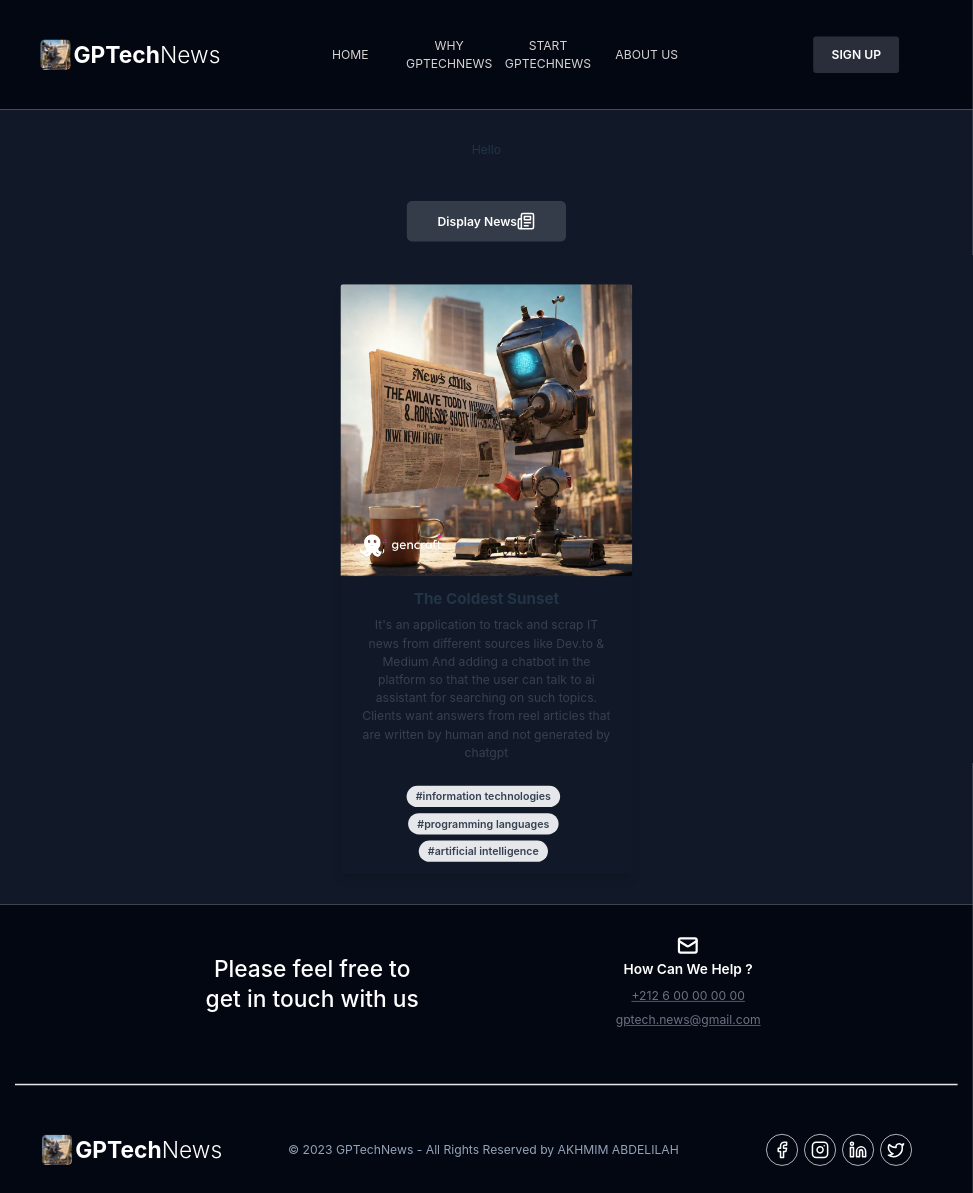
Repository: Lablab-me-Hackathon/gptech-news-frontend
Page: /
These files come from the project's save history. The page is drawn as it stood at one moment and after the next save; the edit follows.
The browser window is 1280 px wide. The pictures show the whole page, at 76% of full size.
The project was rebuilt for these pictures with package versions that can differ from the ones it lists, and the page was loaded fresh each time. Also part of the build but not shown: vite.config.js.

Above is the page before, as saved 2023-08-05 17:34:55.

### index.html
<!doctype html>
<html lang="en">
  <head>
    <meta charset="UTF-8" />
    <link rel="icon" type="image/svg+xml" href="/logo.png" />
    <meta name="viewport" content="width=device-width, initial-scale=1.0" />
    <title>GPTech News</title>
  </head>
  <body>
    <div id="root"></div>
    <script type="module" src="/src/main.jsx"></script>
  </body>
</html>

### src/App.jsx
import './styles/App.css'
import Header from './components/Header'
import Main from './components/Main';
import Footer from './components/Footer';

function App() {

  return (
    <div className='w-full h-full flex-box flex-col'>
     <Header />
      <Main />
      <Footer />
    </div>
  )
}

export default App

### src/styles/index.css
@tailwind base;
@tailwind components;
@tailwind utilities;

* {
  padding: 0;
  margin: 0;
}

@layer components {
  .menu-item {
    @apply p-2 text-stone-300 text-base font-normal cursor-pointer flex-1 border-black rounded hover:text-blue-950 uppercase;
  }
  .flex-box {
    @apply flex items-center justify-center;
  }
}

:root {
  font-family: Inter, system-ui, Avenir, Helvetica, Arial, sans-serif;
  line-height: 1.5;
  font-weight: 400;

  color-scheme: light dark;
  color: rgba(255, 255, 255, 0.87);
  background-color: #242424;

  text-rendering: optimizeLegibility;
  -webkit-font-smoothing: antialiased;
  -moz-osx-font-smoothing: grayscale;
}

a {
  font-weight: 500;
  color: #646cff;
  text-decoration: inherit;
}
a:hover {
  color: #535bf2;
}

body {
  min-width: 320px;
  min-height: 100vh;
}

h1 {
  font-size: 3.2em;
  line-height: 1.1;
}

button {
  border-radius: 8px;
  border: 1px solid transparent;
  padding: 0.6em 1.2em;
  font-size: 1em;
  font-weight: 500;
  font-family: inherit;
  background-color: #1a1a1a;
  cursor: pointer;
  transition: border-color 0.25s;
}
button:hover {
  border-color: #646cff;
}
button:focus,
button:focus-visible {
  outline: 4px auto -webkit-focus-ring-color;
}

@media (prefers-color-scheme: light) {
  :root {
    color: #213547;
    background-color: #ffffff;
  }
  a:hover {
    color: #747bff;
  }
  button {
    background-color: #f9f9f9;
  }
}

### src/styles/App.css
#root {
  /* margin: 0 auto; */
  text-align: center;
}

.logo {
  height: 6em;
  padding: 1.5em;
  will-change: filter;
  transition: filter 300ms;
}
.logo:hover {
  filter: drop-shadow(0 0 2em #646cffaa);
}
.logo.react:hover {
  filter: drop-shadow(0 0 2em #61dafbaa);
}

@keyframes logo-spin {
  from {
    transform: rotate(0deg);
  }
  to {
    transform: rotate(360deg);
  }
}

@media (prefers-reduced-motion: no-preference) {
  a:nth-of-type(2) .logo {
    animation: logo-spin infinite 20s linear;
  }
}

.card {
  padding: 2em;
}

.read-the-docs {
  color: #888;
}

### src/components/Header.jsx
import MenuItems from "../services/header/MenuItems";
import Logo from "../services/header/Logo";
import SignUp from "../services/header/SignUp";

// import "../styles/Header.css";

function Header() {
  return (
    <div className="header flex-box px-2 justify-around flex-col md:flex-row w-full h-full py-5 bg-gray-950 text-center">
      <Logo />
      <MenuItems />
      <SignUp />
    </div>
  );
}

export default Header;

### src/components/Main.jsx
import Button from "../services/main/Button";
import Hello from "../services/main/Hello";
import Cards from './../services/main/Cards';

function Main() {


  return (
    <div className="text-center w-full py-10 flex-box flex-col scroll-smooth bg-gray-900">

      <div className="w-full flex-box">

          <div className="flex-box flex-col">
            <Hello />
          </div>

      </div>
      <div className="w-full flex-box">

          <div className="flex-box flex-col">
            <Button />
          </div>

      </div><div className="w-full flex-box">

        <div className="flex-box flex-col">
          <Cards />
        </div>

    </div>
    </div>
  );
}

export default Main;

### src/components/Footer.jsx

import TopFooter from './../services/footer/TopFooter';
import BotFooter from "../services/footer/BotFooter";

function Footer() {
  return (
    <div className="w-full h-full px-5 py-5 flex-box flex-col bg-gray-950 scroll-smooth text-center">
      <TopFooter />
      <div className="w-full h-px border border-neutral-200"></div>
      <BotFooter />
    </div>
  );
}

export default Footer;

### src/services/header/MenuItems.jsx
function MenuItems() {
  return (
    <div className="flex items-center justify-between py-5 ">
      <div className="menu-item">Home</div>
      <div className="menu-item">Why GPTechNews</div>
      <div className="menu-item">Start GPTechNews</div>
      <div className="menu-item">About us</div>
    </div>
  );
}

export default MenuItems;

### src/services/header/Logo.jsx

function Logo() {
  return (
    <div className="w-48 h-10 flex-box">
      <img className="w-10 h-10 mx-1 rounded-md" src="logo.png" alt='logo' />
      <div className="">
        <span className="text-white text-3xl font-bold">GPTech</span>
        <span className="text-white text-3xl font-light">News</span>
      </div>
    </div>
  )
}

export default Logo

### src/services/header/SignUp.jsx
function SignUp() {
  return (
    <div className="w-40 h-12 justify-center items-center inline-flex cursor-pointer uppercase">
      <div className="px-6 py-3.5 bg-gray-400 bg-opacity-25 rounded justify-start items-start gap-2.5 inline-flex">
        <div className="text-center text-white text-base font-semibold leading-tight">
          Sign up
        </div>
      </div>
    </div>
  );
}

export default SignUp;

### src/services/main/Button.jsx
// import { PropTypes } from "prop-types";

import { Newspaper } from "lucide-react";

const News = () => {
  // let { response } = props;
  const displayNews = async (e) => {
    e.preventDefault();
  };
  return (
    <div className="w-full flex-col md:flex-row py-10 flex-box justify-evenly">

      <button
        type="submit"
        className="px-10 py-3.5 my-4 bg-gray-400 bg-opacity-25  text-center text-white text-base font-semibold leading-tight mx-2 rounded-lg flex-box"
        onClick={displayNews}
      >
        Display News
        <Newspaper />
      </button>

    </div>
  );
}

News.propTypes = {
  // response: PropTypes.string.isRequired,
};
export default News;

### src/services/main/Hello.jsx

function Hello() {
  return (
    <div>Hello</div>
  )
}

export default Hello

### src/services/main/Cards.jsx
function Cards() {
  return (
    <div>
      <div className="max-w-sm rounded overflow-hidden shadow-lg">
        <img
          className="w-full"
          src="ainews.jpg"
          alt="Sunset in the mountains"
        />
        <div className="px-6 py-4">
          <div className="font-bold text-xl mb-2">The Coldest Sunset</div>
          <p className="text-gray-700 text-base">
            It's an application to track and scrap IT news from different
            sources like Dev.to & Medium And adding a chatbot in the platform so
            that the user can talk to ai assistant for searching on such topics.
            Clients want answers from reel articles that are written by human and not generated by chatgpt
          </p>
        </div>
        <div className="px-6 pt-4 pb-2">
          <span className="inline-block bg-gray-200 rounded-full px-3 py-1 text-sm font-semibold text-gray-700 mr-2 mb-2">
            #information technologies
          </span>
          <span className="inline-block bg-gray-200 rounded-full px-3 py-1 text-sm font-semibold text-gray-700 mr-2 mb-2">
            #programming languages
          </span>
          <span className="inline-block bg-gray-200 rounded-full px-3 py-1 text-sm font-semibold text-gray-700 mr-2 mb-2">
            #artificial intelligence
          </span>
        </div>
      </div>
    </div>
  );
}

export default Cards;

### src/services/footer/TopFooter.jsx
import { Mail} from "lucide-react";

function TopFooter() {
  return (
    <div className="top-footer w-full flex-box justify-evenly flex-col md:flex-row pb-12">
      <div className="text-white text-3xl font-medium leading-10 py-5">
        Please feel free to
        <br />
        get in touch with us
      </div>

      <div className="py-5 flex-box flex-col">
        <Mail size={28} strokeWidth={2.5} color="white" />
        <div className="py-1 text-white text-lg font-semibold leading-norma">
          How Can We Help ?
        </div>
        <div className="py-1 w-52 text-gray-500 text-base font-normal underline leading-normal">
          +212 6 00 00 00 00
        </div>

        <div className="py-1 w-52 text-gray-500 text-base font-normal underline leading-normal">
        gptech.news@gmail.com
        </div>
      </div>
    </div>
  );
}

export default TopFooter;

### src/services/footer/BotFooter.jsx
import Logo from "./../header/Logo";
import Copyright from "./Copyright";
import Social from "./Social";

function BotFooter() {
  return (
    <div className="bottom-footer w-full pt-12 flex-box justify-around flex-col md:flex-row flex-end">
      <Logo />
      <Copyright />
      <Social />
    </div>
  );
}

export default BotFooter;

### src/services/footer/Copyright.jsx
function Copyright() {
  return (
    <div className="py-5 text-slate-400 text-base font-normal">
      © 2023 GPTechNews - All Rights Reserved by AKHMIM ABDELILAH
    </div>
  );
}

export default Copyright;

### src/services/footer/Social.jsx
import { Facebook, Instagram, Linkedin, Twitter } from "lucide-react";

function Social() {
  return (
    <div className="py-3">
      <div className="flex-box text-white">
        <div className="border cursor-pointer p-2 m-1 rounded-full ">
          <Facebook size={24} strokeWidth={2} />
        </div>
        <div className="border cursor-pointer p-2 m-1 rounded-full">
          <Instagram size={24} strokeWidth={2} />
        </div>
        <div className="border cursor-pointer p-2 m-1 rounded-full">
          <Linkedin size={24} strokeWidth={2} />
        </div>
        <div className="border cursor-pointer p-2 m-1 rounded-full">
          <Twitter size={24} strokeWidth={2} />
        </div>
      </div>
    </div>
  );
}

export default Social;

Loaded but not shown: src/main.jsx (common file); tailwind.config.js (common file)

After the next save:
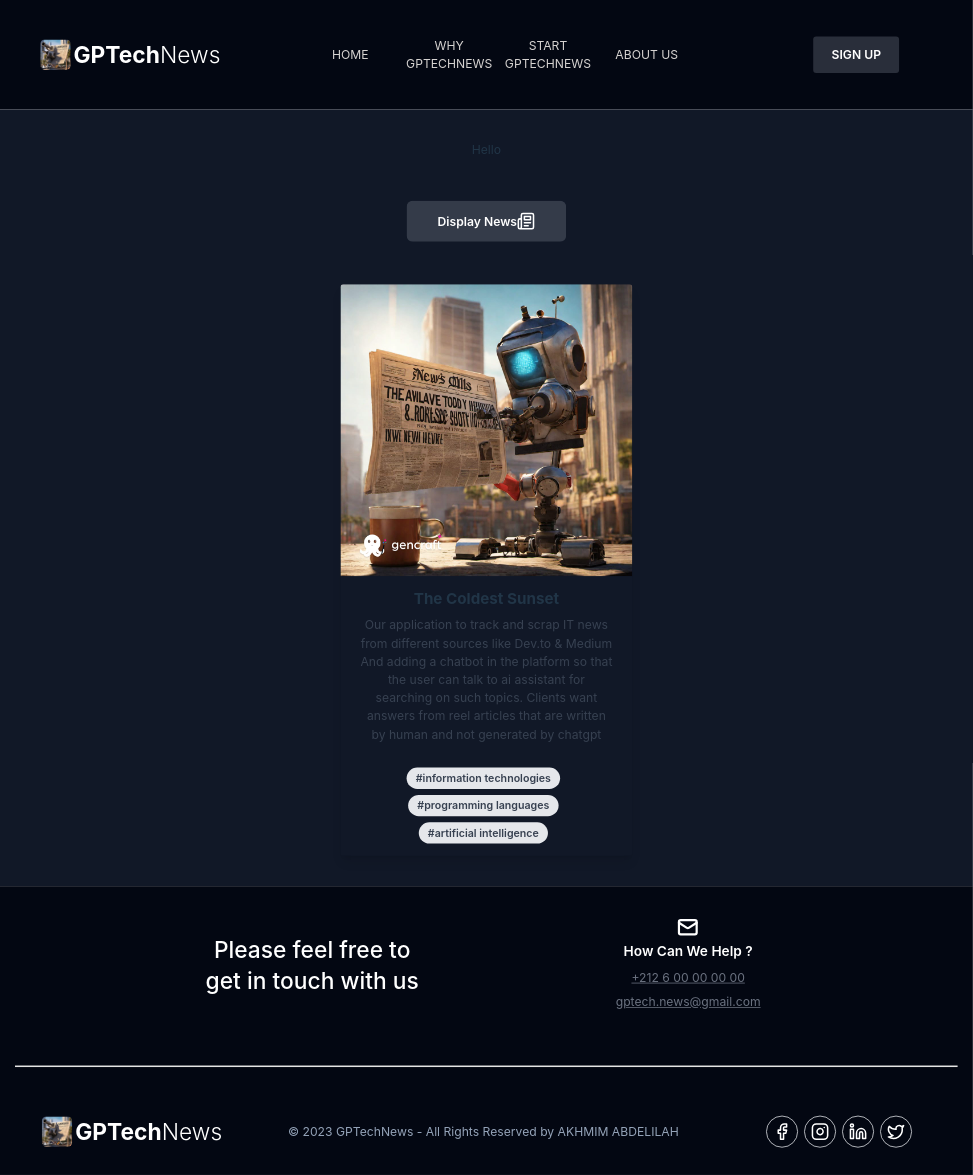
Saved 11 s later.
--- a/src/services/main/Cards.jsx
+++ b/src/services/main/Cards.jsx
@@ -10,7 +10,7 @@
         <div className="px-6 py-4">
           <div className="font-bold text-xl mb-2">The Coldest Sunset</div>
           <p className="text-gray-700 text-base">
-            It's an application to track and scrap IT news from different
+            Our application to track and scrap IT news from different
             sources like Dev.to & Medium And adding a chatbot in the platform so
             that the user can talk to ai assistant for searching on such topics.
             Clients want answers from reel articles that are written by human and not generated by chatgpt

After the save that followed:
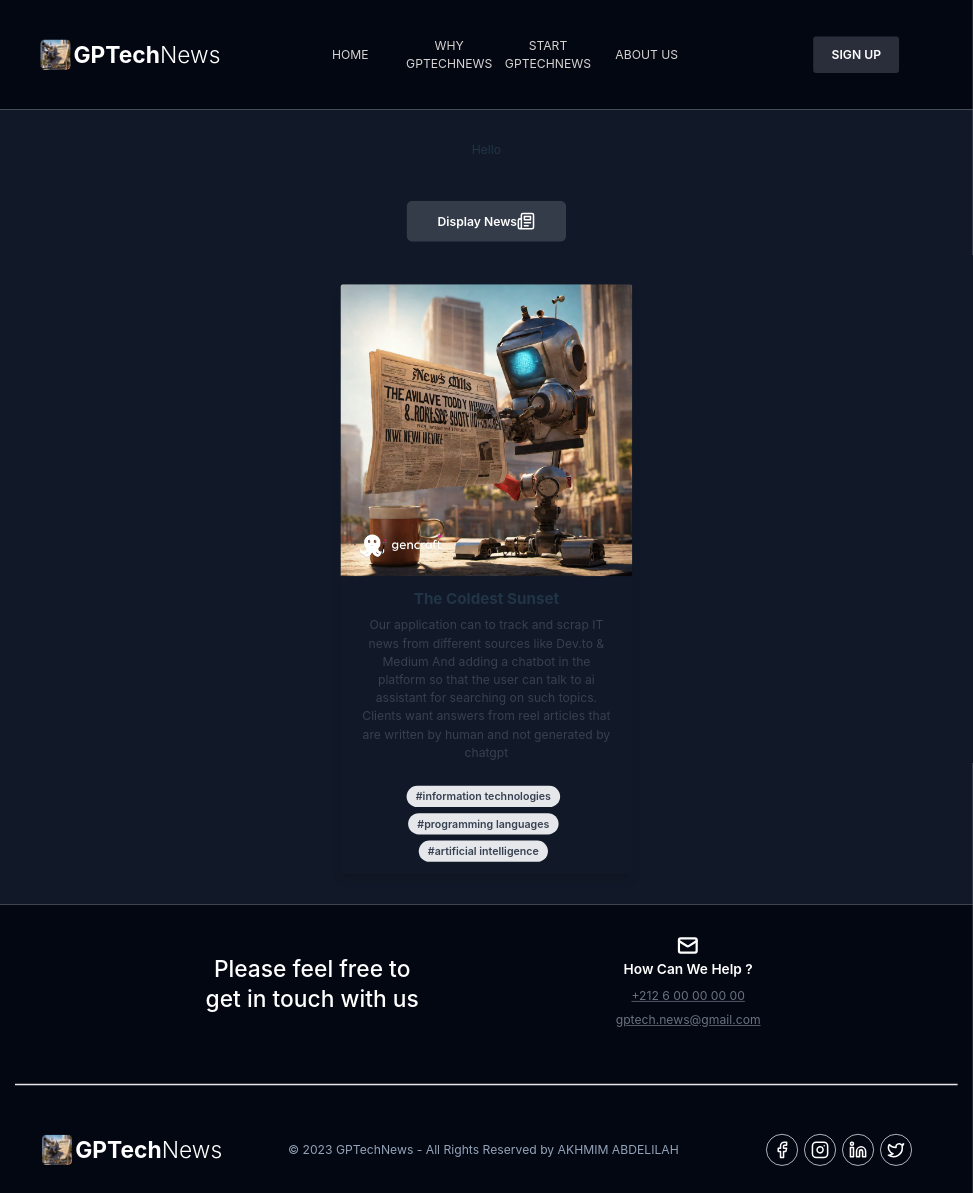
Saved 6 s later.
--- a/src/services/main/Cards.jsx
+++ b/src/services/main/Cards.jsx
@@ -10,7 +10,7 @@
         <div className="px-6 py-4">
           <div className="font-bold text-xl mb-2">The Coldest Sunset</div>
           <p className="text-gray-700 text-base">
-            Our application to track and scrap IT news from different
+            Our application can to track and scrap IT news from different
             sources like Dev.to & Medium And adding a chatbot in the platform so
             that the user can talk to ai assistant for searching on such topics.
             Clients want answers from reel articles that are written by human and not generated by chatgpt
